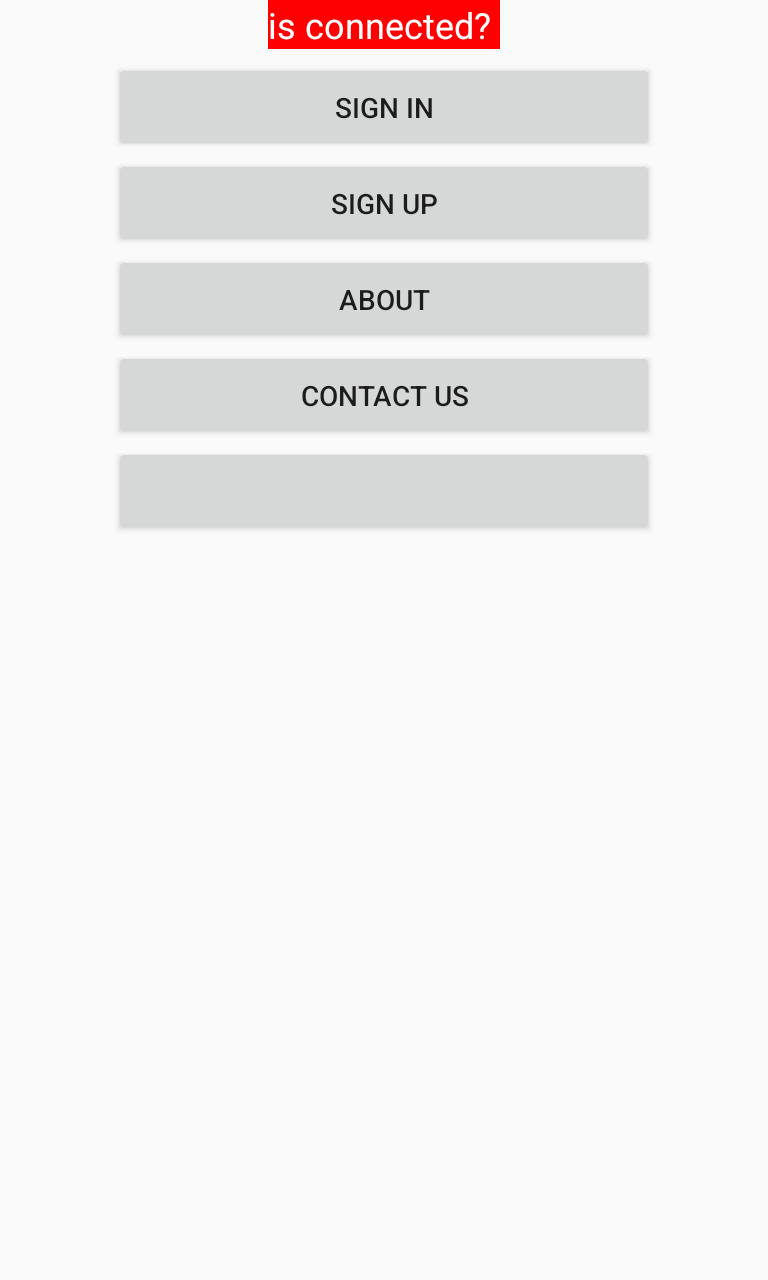
Repository: HAYKEL88/MASTER2_PFE
Layout: PFE_ANDROID/res/layout/activity_welcome_user.xml
These files come from the project's save history. The layout is drawn as it stood at one moment and after the next save; the edit follows.
It is drawn on a 768 x 1280 px phone screen (xhdpi) without system bars, with theme AppTheme; the app's code is not run.

Above is the layout before, as saved 2014-12-20 14:16:28.

After the next save:
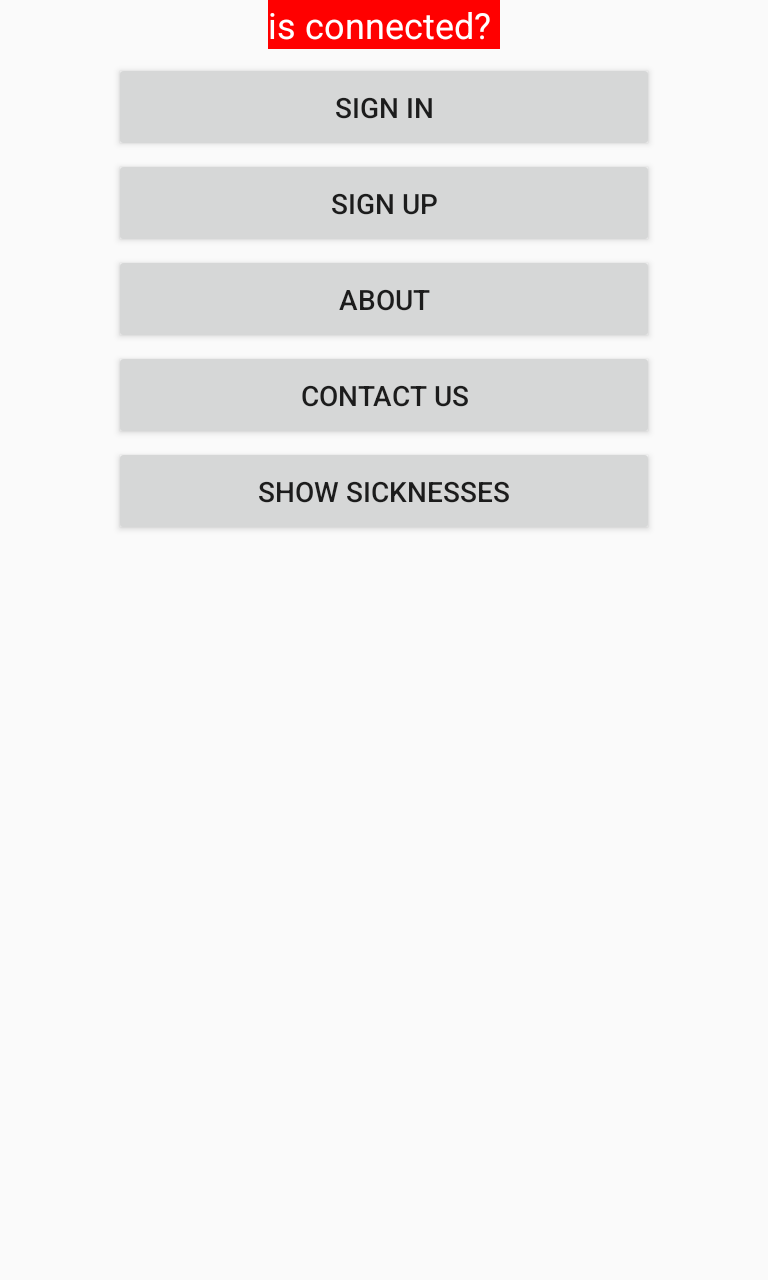
Saved 4 min 15 s later.
--- a/PFE_ANDROID/res/layout/activity_welcome_user.xml
+++ b/PFE_ANDROID/res/layout/activity_welcome_user.xml
@@ -52,7 +52,7 @@
         android:layout_width="272dp"
         android:layout_height="wrap_content"
         android:layout_gravity="center_horizontal"
-        android:text=""
+        android:text="@string/button_showSicknesses"
         android:onClick="sicknesses"/>
 
 </LinearLayout>
